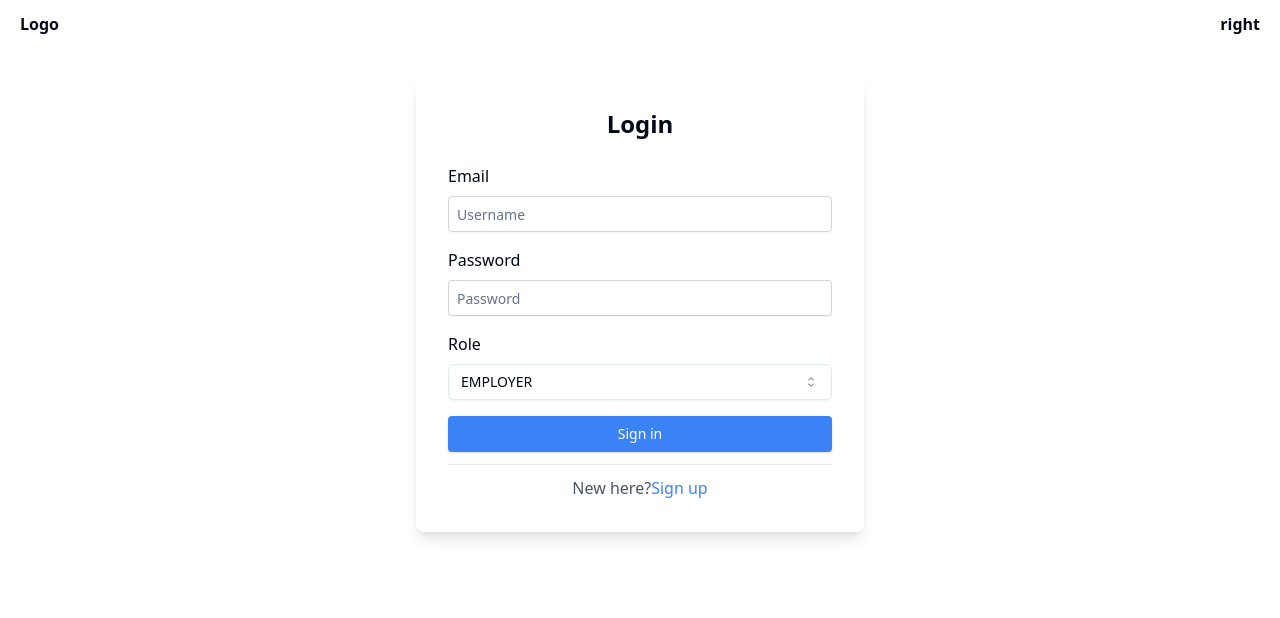
Repository: hisreal123/globalpath_fe
Page: /auth/signin
The author's editor kept a copy of each file at every save. The page is drawn from the files as they stood at one save, then again after a run of saves.
The browser window is 1280 px wide. The pictures show the whole page.
The project was rebuilt for these pictures with package versions that can differ from the ones it lists, and the page was loaded fresh each time. Also part of the build but not shown: vite.config.ts, src/components/pages/HomeComponent.tsx, src/pages/Home.tsx, src/pages/Error.tsx, src/pages/About.tsx, src/pages/Blog.tsx, src/pages/Find_jobs.tsx, src/components/Header.tsx and 3 more.

Above is the page before, as saved 2024-10-12 16:02:54.

### src/App.tsx

import { Router } from "./router/Router";

function App() {
  return (
    <>
      <Router />
    </>
  );
}

export default App;

### src/router/Router.tsx
import {
  createBrowserRouter,
  RouterProvider,
  Outlet,
  useLocation,
} from "react-router-dom";
import Home from "../pages/Home";
import Error from "../pages/Error";
import About from "../pages/About";
import Blog from "../pages/Blog";
import Find_jobs from "../pages/Find_jobs"
import Header from "../components/Header";
import Signin from "../pages/auth/Signin";
import Signup from "../pages/auth/Signup";


const notPages = ["/error", "/auth/signin", "/auth/signup", "auth/reset_password"]


// Layout component with conditional Navbar
const Layout = () => {
  const location = useLocation(); // Get the current route location

  return (
    <>
      {/* Conditionally render the Navbar if the current path is not the error page */}
      {!notPages.includes(location.pathname) && <Header />}
      <Outlet /> {/* Renders the child route's component */}
    </>
  );
};

const router = createBrowserRouter([
  {
    path: "/",
    element: <Layout />, // Wrap with layout for routes with Navbar
    children: [
      {
        path: "/",
        element: <Home />,
      },
      {
        path: "/about",
        element: <About />,
      },
      {
        path: "/find_jobs",
        element: <Find_jobs />,
      },
      {
        path: "/blog",
        element: <Blog />,
      },
      {
        path: "/auth",
        // element: <Blog />,
        children: [
          {
            path: "/auth/signin",
            element: <Signin />,
          },
          {
            path: "/auth/signup",
            element: <Signup />,
          },
        ],
      },
    ],
  },
  {
    path: "*", // Error route
    element: <Error />,
  },
]);

export const Router = () => {
  return (
    <>
      {/* No need for useLocation here */}
      <RouterProvider router={router} />
    </>
  );
};

### src/pages/auth/Signin.tsx
import React from 'react'
import SigninComponent from '../../components/pages/auth/SigninComponent'
import { Link } from 'react-router-dom';

const Signin = () => {

  return (
    <div>
      <div className="top_nav px-5 flex items-center justify-between font-bold pt-3">
        <Link to="/">Logo</Link>
        <h2>right</h2>
      </div>

      <SigninComponent />
    </div>
  );
}

export default Signin

### src/components/pages/auth/SigninComponent.tsx
import { z } from "zod";
import { zodResolver } from "@hookform/resolvers/zod";
import { SubmitHandler, useForm } from "react-hook-form";
import { LoginSchema } from "@/utils/FormValiator";;
import { Button } from "@/components/ui/button";
import {
  Form,
  FormControl,
  FormField,
  FormItem,
  FormLabel,
  FormMessage,
} from "../../ui/form";
import { Input } from "../../ui/input";
import { Link } from "react-router-dom";
import {
  Select,
  SelectContent,
  SelectItem,
  SelectTrigger,
  SelectValue,
} from "@/components/ui/select";
import { useState } from "react";

// Define types
type FormValues = z.infer<typeof LoginSchema>

const SigninComponent = () => {
  const [isLoading, setIsLoading] = useState<boolean>(false);
  const [isEmployer, setIsEmployer] = useState<boolean>(true);

  const form = useForm<FormValues>({
    resolver: zodResolver(LoginSchema),
    defaultValues: {
      email: "",
      password: "",
      role: "EMPLOYER"
    },
  });


  // perform signin logic here
  const onSubmit : SubmitHandler<FormValues>= (values: any) => {

    console.log(values);

    // values = {}
  };

  return (

      <div className="form_wrapper bg-white p-8 rounded-lg shadow-lg w-11/12 max-w-md mt-30 md:mt-10 mx-auto">
        <h2 className="text-2xl font-bold mb-6 text-center"> Login </h2>
        <Form {...form}>
          <form onSubmit={form.handleSubmit(onSubmit)} className="space-y-4">
            <FormField
              control={form.control}
              name="email"
              render={({ field }) => (
                <FormItem>
                  <FormLabel className="text-md">Email</FormLabel>
                  <FormControl>
                    <Input
                      placeholder="Username"
                      {...field}
                      className="w-full p-2 border border-gray-300 rounded mt-1"
                    />
                  </FormControl>
                  <FormMessage />
                </FormItem>
              )}
            />
            <FormField
              control={form.control}
              name="password"
              render={({ field }) => (
                <FormItem>
                  <FormLabel className="text-md">Password</FormLabel>
                  <FormControl>
                    <Input
                      placeholder="Password"
                      {...field}
                      className="w-full p-2 border border-gray-300 rounded mt-1"
                    />
                  </FormControl>
                  <FormMessage />
                </FormItem>
              )}
            />

            {/* Role Field */}
            <FormField
              control={form.control}
              name="role"
              render={({ field }) => (
                <FormItem>
                  <FormLabel className="text-md">Role</FormLabel>
                  <Select
                    onValueChange={(value: "EMPLOYER" | "JOBSEEKER") => {
                      field.onChange(value); // Type assertion here
                      setIsEmployer(value === "EMPLOYER"); // Update state based on selected role
                    }}
                    value={field.value} // Ensure value is either EMPLOYER or JOBSEEKER
                  >
                    <SelectTrigger className="min-w-[100%]">
                      <SelectValue placeholder="Select Role" />
                    </SelectTrigger>
                    <SelectContent>
                      <SelectItem value="EMPLOYER">EMPLOYER</SelectItem>
                      <SelectItem value="JOBSEEKER">JOBSEEKER</SelectItem>
                    </SelectContent>
                  </Select>
                  <FormMessage />
                </FormItem>
              )}
            />

            <Button
              type="submit"
              className="bg-blue-500 text-white w-full p-2 rounded hover:bg-blue-600 mt-5 relative"
            >
              {isLoading ? "Loading ..." : "Sign in"}
            </Button>
          </form>
        </Form>

        <div className="w-full h-[.3px] bg-gray-200 rounded-full mt-3 "> </div>
        <p className="text-center text-gray-600 mt-3">
          New here?
          <Link to="/auth/signup" className="text-blue-500 hover:underline">
            Sign up
          </Link>
        </p>
      </div>
  );
};

export default SigninComponent;

### src/utils/FormValiator.ts
"use client"

import {z} from "zod"

export const UserProfile = z.object({
  job_title: z.union([z.string().min(4), z.string().length(0)]),
  company_name: z.union([z.string().min(4), z.string().length(0)]),
  company_web_address: z.union([z.string().min(4), z.string().length(0)])
})



// enum role {
//   employer = "EMPLOYER",
//   job_seeker = "JOBSEEKER",
// }

// Password regex: Must contain at least one letter, one number, and no special characters.
const passwordRegex = /^(?=.*[A-Za-z])(?=.*\d)[A-Za-z\d]+$/;

export const RegisterSchema = z
  .object({
    first_name: z.string().min(1, "First name is required"),
    last_name: z.string().min(1, "Last name is required"),
    email: z.string().email("Invalid email address"),
    password: z
      .string()
      .min(6, "Password must be at least 8 characters")
      .regex(
        passwordRegex,
        "Password must contain at least one letter and one number one number, and no special characters"
      ),
    confirm_password: z
      .string()
      .min(6, "Confirm password must be at least 8 characters"),
    role: z.enum(["EMPLOYER", "JOBSEEKER"]), // Ensure "role" is typed as an enum
    profile: z
      .object({
        job_title: z.string().optional(),
        company_name: z.string().optional(),
        company_web_address: z.string().optional(),
      })
      .optional(),
  })
  .refine((data) => data.password === data.confirm_password, {
    message: "Passwords must match",
    path: ["confirm_password"],
  });

export const LoginSchema = z.object({
  email: z.string().email("Invalid email address"),
  password: z
    .string()
    .min(6, "Password must be at least 8 characters")
    .regex(
      passwordRegex,
      "Password must contain at least one letter and one number one number, and no special characters"
    ),
  confirm_password: z
    .string()
    .min(6, "Confirm password must be at least 8 characters"),
  role: z.enum(["EMPLOYER", "JOBSEEKER"]),
});

### src/components/ui/button.tsx
import * as React from "react"
import { Slot } from "@radix-ui/react-slot"
import { cva, type VariantProps } from "class-variance-authority"

import { cn } from "@/lib/utils"

const buttonVariants = cva(
  "inline-flex items-center justify-center whitespace-nowrap rounded-md text-sm font-medium transition-colors focus-visible:outline-none focus-visible:ring-1 focus-visible:ring-ring disabled:pointer-events-none disabled:opacity-50",
  {
    variants: {
      variant: {
        default:
          "bg-primary text-primary-foreground shadow hover:bg-primary/90",
        destructive:
          "bg-destructive text-destructive-foreground shadow-sm hover:bg-destructive/90",
        outline:
          "border border-input bg-background shadow-sm hover:bg-accent hover:text-accent-foreground",
        secondary:
          "bg-secondary text-secondary-foreground shadow-sm hover:bg-secondary/80",
        ghost: "hover:bg-accent hover:text-accent-foreground",
        link: "text-primary underline-offset-4 hover:underline",
      },
      size: {
        default: "h-9 px-4 py-2",
        sm: "h-8 rounded-md px-3 text-xs",
        lg: "h-10 rounded-md px-8",
        icon: "h-9 w-9",
      },
    },
    defaultVariants: {
      variant: "default",
      size: "default",
    },
  }
)

export interface ButtonProps
  extends React.ButtonHTMLAttributes<HTMLButtonElement>,
    VariantProps<typeof buttonVariants> {
  asChild?: boolean
}

const Button = React.forwardRef<HTMLButtonElement, ButtonProps>(
  ({ className, variant, size, asChild = false, ...props }, ref) => {
    const Comp = asChild ? Slot : "button"
    return (
      <Comp
        className={cn(buttonVariants({ variant, size, className }))}
        ref={ref}
        {...props}
      />
    )
  }
)
Button.displayName = "Button"

export { Button, buttonVariants }

### src/components/ui/form.tsx
import * as React from "react"
import * as LabelPrimitive from "@radix-ui/react-label"
import { Slot } from "@radix-ui/react-slot"
import {
  Controller,
  ControllerProps,
  FieldPath,
  FieldValues,
  FormProvider,
  useFormContext,
} from "react-hook-form"

import { cn } from "@/lib/utils"
import { Label } from "@/components/ui/label"

const Form = FormProvider

type FormFieldContextValue<
  TFieldValues extends FieldValues = FieldValues,
  TName extends FieldPath<TFieldValues> = FieldPath<TFieldValues>
> = {
  name: TName
}

const FormFieldContext = React.createContext<FormFieldContextValue>(
  {} as FormFieldContextValue
)

const FormField = <
  TFieldValues extends FieldValues = FieldValues,
  TName extends FieldPath<TFieldValues> = FieldPath<TFieldValues>
>({
  ...props
}: ControllerProps<TFieldValues, TName>) => {
  return (
    <FormFieldContext.Provider value={{ name: props.name }}>
      <Controller {...props} />
    </FormFieldContext.Provider>
  )
}

const useFormField = () => {
  const fieldContext = React.useContext(FormFieldContext)
  const itemContext = React.useContext(FormItemContext)
  const { getFieldState, formState } = useFormContext()

  const fieldState = getFieldState(fieldContext.name, formState)

  if (!fieldContext) {
    throw new Error("useFormField should be used within <FormField>")
  }

  const { id } = itemContext

  return {
    id,
    name: fieldContext.name,
    formItemId: `${id}-form-item`,
    formDescriptionId: `${id}-form-item-description`,
    formMessageId: `${id}-form-item-message`,
    ...fieldState,
  }
}

type FormItemContextValue = {
  id: string
}

const FormItemContext = React.createContext<FormItemContextValue>(
  {} as FormItemContextValue
)

const FormItem = React.forwardRef<
  HTMLDivElement,
  React.HTMLAttributes<HTMLDivElement>
>(({ className, ...props }, ref) => {
  const id = React.useId()

  return (
    <FormItemContext.Provider value={{ id }}>
      <div ref={ref} className={cn("space-y-2", className)} {...props} />
    </FormItemContext.Provider>
  )
})
FormItem.displayName = "FormItem"

const FormLabel = React.forwardRef<
  React.ElementRef<typeof LabelPrimitive.Root>,
  React.ComponentPropsWithoutRef<typeof LabelPrimitive.Root>
>(({ className, ...props }, ref) => {
  const { error, formItemId } = useFormField()

  return (
    <Label
      ref={ref}
      className={cn(error && "text-destructive", className)}
      htmlFor={formItemId}
      {...props}
    />
  )
})
FormLabel.displayName = "FormLabel"

const FormControl = React.forwardRef<
  React.ElementRef<typeof Slot>,
  React.ComponentPropsWithoutRef<typeof Slot>
>(({ ...props }, ref) => {
  const { error, formItemId, formDescriptionId, formMessageId } = useFormField()

  return (
    <Slot
      ref={ref}
      id={formItemId}
      aria-describedby={
        !error
          ? `${formDescriptionId}`
          : `${formDescriptionId} ${formMessageId}`
      }
      aria-invalid={!!error}
      {...props}
    />
  )
})
FormControl.displayName = "FormControl"

const FormDescription = React.forwardRef<
  HTMLParagraphElement,
  React.HTMLAttributes<HTMLParagraphElement>
>(({ className, ...props }, ref) => {
  const { formDescriptionId } = useFormField()

  return (
    <p
      ref={ref}
      id={formDescriptionId}
      className={cn("text-[0.8rem] text-muted-foreground", className)}
      {...props}
    />
  )
})
FormDescription.displayName = "FormDescription"

const FormMessage = React.forwardRef<
  HTMLParagraphElement,
  React.HTMLAttributes<HTMLParagraphElement>
>(({ className, children, ...props }, ref) => {
  const { error, formMessageId } = useFormField()
  const body = error ? String(error?.message) : children

  if (!body) {
    return null
  }

  return (
    <p
      ref={ref}
      id={formMessageId}
      className={cn("text-[0.8rem] font-medium text-destructive", className)}
      {...props}
    >
      {body}
    </p>
  )
})
FormMessage.displayName = "FormMessage"

export {
  useFormField,
  Form,
  FormItem,
  FormLabel,
  FormControl,
  FormDescription,
  FormMessage,
  FormField,
}

### src/components/ui/input.tsx
import * as React from "react"

import { cn } from "@/lib/utils"

export interface InputProps
  extends React.InputHTMLAttributes<HTMLInputElement> {}

const Input = React.forwardRef<HTMLInputElement, InputProps>(
  ({ className, type, ...props }, ref) => {
    return (
      <input
        type={type}
        className={cn(
          "flex h-9 w-full rounded-md border border-input bg-transparent px-3 py-1 text-sm shadow-sm transition-colors file:border-0 file:bg-transparent file:text-sm file:font-medium file:text-foreground placeholder:text-muted-foreground focus-visible:outline-none focus-visible:ring-1 focus-visible:ring-ring disabled:cursor-not-allowed disabled:opacity-50",
          className
        )}
        ref={ref}
        {...props}
      />
    )
  }
)
Input.displayName = "Input"

export { Input }

### src/components/ui/select.tsx
import * as React from "react"
import {
  CaretSortIcon,
  CheckIcon,
  ChevronDownIcon,
  ChevronUpIcon,
} from "@radix-ui/react-icons"
import * as SelectPrimitive from "@radix-ui/react-select"

import { cn } from "@/lib/utils"

const Select = SelectPrimitive.Root

const SelectGroup = SelectPrimitive.Group

const SelectValue = SelectPrimitive.Value

const SelectTrigger = React.forwardRef<
  React.ElementRef<typeof SelectPrimitive.Trigger>,
  React.ComponentPropsWithoutRef<typeof SelectPrimitive.Trigger>
>(({ className, children, ...props }, ref) => (
  <SelectPrimitive.Trigger
    ref={ref}
    className={cn(
      "flex h-9 w-full items-center justify-between whitespace-nowrap rounded-md border border-input bg-transparent px-3 py-2 text-sm shadow-sm ring-offset-background placeholder:text-muted-foreground focus:outline-none focus:ring-1 focus:ring-ring disabled:cursor-not-allowed disabled:opacity-50 [&>span]:line-clamp-1",
      className
    )}
    {...props}
  >
    {children}
    <SelectPrimitive.Icon asChild>
      <CaretSortIcon className="h-4 w-4 opacity-50" />
    </SelectPrimitive.Icon>
  </SelectPrimitive.Trigger>
))
SelectTrigger.displayName = SelectPrimitive.Trigger.displayName

const SelectScrollUpButton = React.forwardRef<
  React.ElementRef<typeof SelectPrimitive.ScrollUpButton>,
  React.ComponentPropsWithoutRef<typeof SelectPrimitive.ScrollUpButton>
>(({ className, ...props }, ref) => (
  <SelectPrimitive.ScrollUpButton
    ref={ref}
    className={cn(
      "flex cursor-default items-center justify-center py-1",
      className
    )}
    {...props}
  >
    <ChevronUpIcon />
  </SelectPrimitive.ScrollUpButton>
))
SelectScrollUpButton.displayName = SelectPrimitive.ScrollUpButton.displayName

const SelectScrollDownButton = React.forwardRef<
  React.ElementRef<typeof SelectPrimitive.ScrollDownButton>,
  React.ComponentPropsWithoutRef<typeof SelectPrimitive.ScrollDownButton>
>(({ className, ...props }, ref) => (
  <SelectPrimitive.ScrollDownButton
    ref={ref}
    className={cn(
      "flex cursor-default items-center justify-center py-1",
      className
    )}
    {...props}
  >
    <ChevronDownIcon />
  </SelectPrimitive.ScrollDownButton>
))
SelectScrollDownButton.displayName =
  SelectPrimitive.ScrollDownButton.displayName

const SelectContent = React.forwardRef<
  React.ElementRef<typeof SelectPrimitive.Content>,
  React.ComponentPropsWithoutRef<typeof SelectPrimitive.Content>
>(({ className, children, position = "popper", ...props }, ref) => (
  <SelectPrimitive.Portal>
    <SelectPrimitive.Content
      ref={ref}
      className={cn(
        "relative z-50 max-h-96 min-w-[8rem] overflow-hidden rounded-md border bg-popover text-popover-foreground shadow-md data-[state=open]:animate-in data-[state=closed]:animate-out data-[state=closed]:fade-out-0 data-[state=open]:fade-in-0 data-[state=closed]:zoom-out-95 data-[state=open]:zoom-in-95 data-[side=bottom]:slide-in-from-top-2 data-[side=left]:slide-in-from-right-2 data-[side=right]:slide-in-from-left-2 data-[side=top]:slide-in-from-bottom-2",
        position === "popper" &&
          "data-[side=bottom]:translate-y-1 data-[side=left]:-translate-x-1 data-[side=right]:translate-x-1 data-[side=top]:-translate-y-1",
        className
      )}
      position={position}
      {...props}
    >
      <SelectScrollUpButton />
      <SelectPrimitive.Viewport
        className={cn(
          "p-1",
          position === "popper" &&
            "h-[var(--radix-select-trigger-height)] w-full min-w-[var(--radix-select-trigger-width)]"
        )}
      >
        {children}
      </SelectPrimitive.Viewport>
      <SelectScrollDownButton />
    </SelectPrimitive.Content>
  </SelectPrimitive.Portal>
))
SelectContent.displayName = SelectPrimitive.Content.displayName

const SelectLabel = React.forwardRef<
  React.ElementRef<typeof SelectPrimitive.Label>,
  React.ComponentPropsWithoutRef<typeof SelectPrimitive.Label>
>(({ className, ...props }, ref) => (
  <SelectPrimitive.Label
    ref={ref}
    className={cn("px-2 py-1.5 text-sm font-semibold", className)}
    {...props}
  />
))
SelectLabel.displayName = SelectPrimitive.Label.displayName

const SelectItem = React.forwardRef<
  React.ElementRef<typeof SelectPrimitive.Item>,
  React.ComponentPropsWithoutRef<typeof SelectPrimitive.Item>
>(({ className, children, ...props }, ref) => (
  <SelectPrimitive.Item
    ref={ref}
    className={cn(
      "relative flex w-full cursor-default select-none items-center rounded-sm py-1.5 pl-2 pr-8 text-sm outline-none focus:bg-accent focus:text-accent-foreground data-[disabled]:pointer-events-none data-[disabled]:opacity-50",
      className
    )}
    {...props}
  >
    <span className="absolute right-2 flex h-3.5 w-3.5 items-center justify-center">
      <SelectPrimitive.ItemIndicator>
        <CheckIcon className="h-4 w-4" />
      </SelectPrimitive.ItemIndicator>
    </span>
    <SelectPrimitive.ItemText>{children}</SelectPrimitive.ItemText>
  </SelectPrimitive.Item>
))
SelectItem.displayName = SelectPrimitive.Item.displayName

const SelectSeparator = React.forwardRef<
  React.ElementRef<typeof SelectPrimitive.Separator>,
  React.ComponentPropsWithoutRef<typeof SelectPrimitive.Separator>
>(({ className, ...props }, ref) => (
  <SelectPrimitive.Separator
    ref={ref}
    className={cn("-mx-1 my-1 h-px bg-muted", className)}
    {...props}
  />
))
SelectSeparator.displayName = SelectPrimitive.Separator.displayName

export {
  Select,
  SelectGroup,
  SelectValue,
  SelectTrigger,
  SelectContent,
  SelectLabel,
  SelectItem,
  SelectSeparator,
  SelectScrollUpButton,
  SelectScrollDownButton,
}

### src/components/ui/label.tsx
import * as React from "react"
import * as LabelPrimitive from "@radix-ui/react-label"
import { cva, type VariantProps } from "class-variance-authority"

import { cn } from "@/lib/utils"

const labelVariants = cva(
  "text-sm font-medium leading-none peer-disabled:cursor-not-allowed peer-disabled:opacity-70"
)

const Label = React.forwardRef<
  React.ElementRef<typeof LabelPrimitive.Root>,
  React.ComponentPropsWithoutRef<typeof LabelPrimitive.Root> &
    VariantProps<typeof labelVariants>
>(({ className, ...props }, ref) => (
  <LabelPrimitive.Root
    ref={ref}
    className={cn(labelVariants(), className)}
    {...props}
  />
))
Label.displayName = LabelPrimitive.Root.displayName

export { Label }

Loaded but not shown: index.html (common file); src/main.tsx (common file); src/index.css (common file); src/lib/utils.ts (common file); tailwind.config.js (common file)

After the next 4 saves:
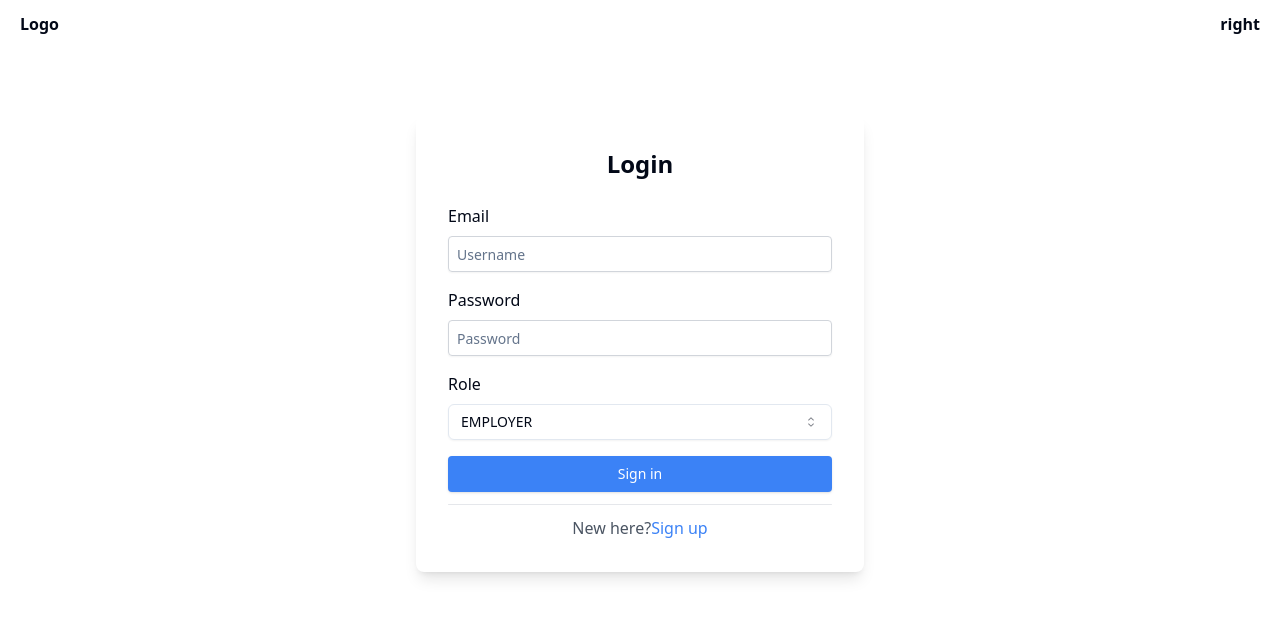
The 4 saves are shown as one change because they came seconds apart.
The last was saved 13 s later.
--- a/src/components/pages/auth/SigninComponent.tsx
+++ b/src/components/pages/auth/SigninComponent.tsx
@@ -49,7 +49,7 @@ const SigninComponent = () => {
 
   return (
 
-      <div className="form_wrapper bg-white p-8 rounded-lg shadow-lg w-11/12 max-w-md mt-30 md:mt-10 mx-auto">
+      <div className="form_wrapper bg-white p-8 rounded-lg shadow-lg w-11/12 max-w-md mt-20 md:mt-30 mx-auto">
         <h2 className="text-2xl font-bold mb-6 text-center"> Login </h2>
         <Form {...form}>
           <form onSubmit={form.handleSubmit(onSubmit)} className="space-y-4">
